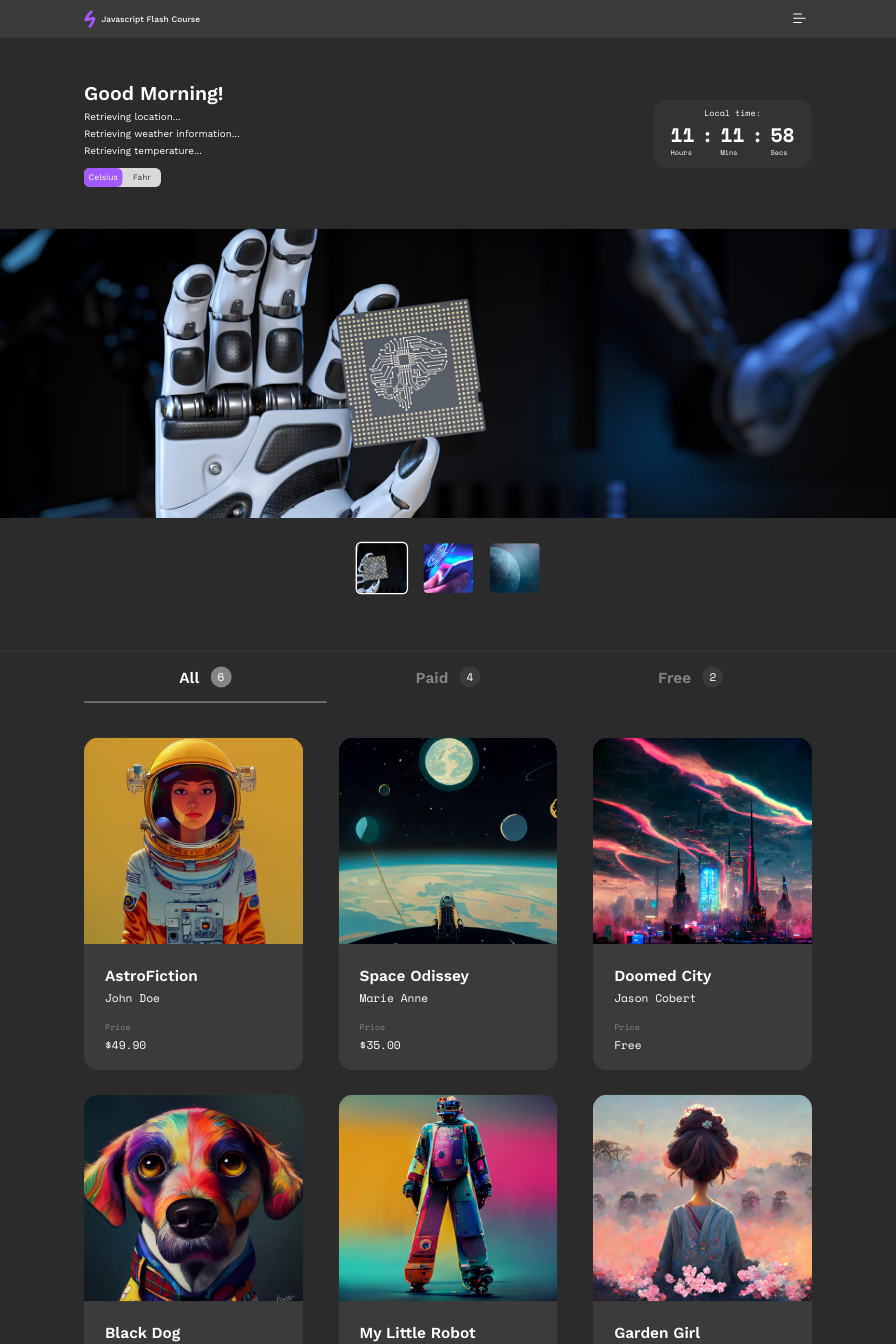
Repository: GettieSirma/JAVASCRIPT-TEST
Page: index.html
These files come from the project's save history. The page is drawn as it stood at one moment and after the next save; the edit follows.
The browser window is 1280 px wide. The pictures show the part of the page from y = 0 to 1920 px (the page is 2576 px tall before and 2521 px after), at 70% of full size.

Above is the page before, as saved 2024-04-25 11:45:59.

### index.html
<!DOCTYPE html>
<html lang="en">

<head>
    <meta charset="UTF-8" />
    <meta http-equiv="X-UA-Compatible" content="IE=edge" />
    <meta name="viewport" content="width=device-width, initial-scale=1.0" />
    <title>Javascript Flash Course</title>
    <link rel="stylesheet" href="./main.css" />
    <link rel="preconnect" href="https://fonts.googleapis.com" />
    <link rel="preconnect" href="https://fonts.gstatic.com" crossorigin />
    <link href="https://fonts.googleapis.com/css2?family=Space+Mono:ital,wght@0,400;0,700;1,400;1,700&family=Work+Sans:ital,wght@0,100;0,200;0,300;0,400;0,500;0,600;0,700;0,800;0,900;1,100;1,200;1,300;1,400;1,500;1,600;1,700;1,800;1,900&display=swap" rel="stylesheet"
    />
</head>

<body>
    <header>
        <nav class="container">
            <div class="nav-left-side">
                <svg width="17" height="26" viewBox="0 0 17 26" fill="none" xmlns="http://www.w3.org/2000/svg">
                    <path
                        d="M10.309 2.90741C10.309 2.90741 4.29997 8.73841 2.526 13.9214C2.40313 14.2804 2.73267 14.6124 3.10045 14.5192L13.2394 11.9481C13.9358 11.7715 14.5723 12.3638 14.368 13.0525C12.9552 17.8149 8.62911 23.5897 8.62911 23.5897"
                        stroke="#A259FF" stroke-width="4" stroke-linecap="round" stroke-linejoin="round" />
                </svg>

                <a href="/">Javascript Flash Course</a>
            </div>

            <button id="open-nav-menu">
                <svg
                    width="24"
                    height="24"
                    viewBox="0 0 24 24"
                    fill="none"
                    xmlns="http://www.w3.org/2000/svg"
                >
                    <path
                        fill-rule="evenodd"
                        clip-rule="evenodd"
                        d="M3 12C3 11.5858 3.33579 11.25 3.75 11.25H20.25C20.6642 11.25 21 11.5858 21 12C21 12.4142 20.6642 12.75 20.25 12.75H3.75C3.33579 12.75 3 12.4142 3 12Z"
                        fill="white"
                    />
                    <path
                        fill-rule="evenodd"
                        clip-rule="evenodd"
                        d="M3 6C3 5.58579 3.33579 5.25 3.75 5.25H15C15.4142 5.25 15.75 5.58579 15.75 6C15.75 6.41421 15.4142 6.75 15 6.75H3.75C3.33579 6.75 3 6.41421 3 6Z"
                        fill="white"
                    />
                    <path
                        fill-rule="evenodd"
                        clip-rule="evenodd"
                        d="M3 18C3 17.5858 3.33579 17.25 3.75 17.25H15C15.4142 17.25 15.75 17.5858 15.75 18C15.75 18.4142 15.4142 18.75 15 18.75H3.75C3.33579 18.75 3 18.4142 3 18Z"
                        fill="white"
                    />
                </svg>
            </button>

            <div class="wrapper">
                <ul>
                    <li>
                        <button id="close-nav-menu">
                            <svg
                                width="47"
                                height="47"
                                viewBox="0 0 47 47"
                                fill="none"
                                xmlns="http://www.w3.org/2000/svg"
                            >
                                <path
                                    d="M11.7505 11.7495L35.2505 35.2495"
                                    stroke="#A259FF"
                                    stroke-width="6"
                                />
                                <path
                                    d="M35.2502 11.7502L11.7502 35.2502"
                                    stroke="#A259FF"
                                    stroke-width="6"
                                />
                            </svg>
                        </button>
                    </li>
                    <li><a href="#home">Home</a></li>
                    <li><a href="#gallery">Gallery</a></li>
                    <li><a href="#products">Products</a></li>
                    <li><a href="#faqs">FAQs</a></li>
                    <li class="socials">
                        <p>Join our community</p>

                        <div>
                            <a href="#">
                                <img src="./assets/socials/DiscordLogo.png" alt="Discord logo" />
                            </a>
                            <a href="#">
                                <img src="./assets/socials/YoutubeLogo.png" alt="Youtube logo" />
                            </a>
                            <a href="#">
                                <img src="./assets/socials/TwitterLogo.png" alt="Twitter logo" />
                            </a>
                            <a href="#">
                                <img src="./assets/socials/InstagramLogo.png" alt="Instagram logo" />
                            </a>
                        </div>
                    </li>
                </ul>
            </div>
        </nav>
    </header>

    <main>
        <section id="home" class="container greeting-section">
            <div class="left-side">
                <h1 id="greeting">Good Afternoon!</h1>
                <p id="location">Retrieving location...</p>
                <p id="weather">Retrieving weather information...</p>
                <p id="temperature">Retrieving temperature...</p>
                <div class="weather-group">
                    <input type="radio" checked="true" id="celsius" name="temperature" />
                    <label for="celsius">Celsius</label>
                    <input type="radio" id="fahr" name="temperature" />
                    <label for="fahr">Fahr</label>
                </div>
            </div>

            <div class="right-side">
                <p>Local time:</p>
                <div class="local-time">
                    <div class="time-holder">
                        <span data-time="hours" class="time-number"></span>
                        <span class="time-letter">Hours</span>
                    </div>
                    <span class="time-divider">:</span>
                    <div class="time-holder">
                        <span data-time="minutes" class="time-number"></span>
                        <span class="time-letter">mins</span>
                    </div>
                    <span class="time-divider">:</span>
                    <div class="time-holder">
                        <span data-time="seconds" class="time-number"></span>
                        <span class="time-letter">secs</span>
                    </div>
                </div>
            </div>
        </section>

        <section id="gallery" class="gallery-section">
            <img src="assets/gallery/image1.jpg " alt="" />

            <div class="thumbnails">

            </div>
        </section>

        <section id="products" class="container products-section">
            <div class="products-filter">
                <input type="radio" checked="true" id="all" name="products" />
                <label for="all">
            All
            <span class="product-amount">3</span>
          </label>
                <input type="radio" id="paid" name="products" />
                <label for="paid">

            Paid
            <span class="product-amount">2</span>
          </label>
                <input type="radio" id="free" name="products" />
                <label for="free">
            Free
            <span class="product-amount">1</span>
          </label>

                <span class="glider"></span>
            </div>

            <div class="products-area">

            </div>

        </section>

        <section id="faqs" class="container faqs-section">
            <h3>Frequently Asked Questions</h3>

            <details open>
                <summary>FAQ 1</summary>

                <p>
                    Lorem ipsum dolor, sit amet consectetur adipisicing elit. Ratione adipisci illum error, hic expedita numquam impedit explicabo vitae iure quae vero autem quia quibusdam tempora atque harum perferendis praesentium dolor!
                </p>
            </details>

            <details>
                <summary>FAQ 2</summary>

                <p>
                    Consequuntur earum pariatur dolorem repellat temporibus ducimus sunt suscipit repudiandae cupiditate in accusantium recusandae tempora sint eligendi, perferendis aspernatur architecto voluptas laborum adipisci neque voluptates consequatur.
                </p>
            </details>

            <details>
                <summary>FAQ 3</summary>

                <p>
                    Consequuntur earum pariatur dolorem repellat temporibus ducimus sunt suscipit repudiandae cupiditate in accusantium recusandae tempora sint eligendi, perferendis aspernatur architecto voluptas laborum adipisci neque voluptates consequatur.
                </p>
            </details>
        </section>
    </main>

    <footer></footer>

    <script>
        const weatherAPIKey = "f76693de5c51ceb886c717bf7cb2d979";
        const weatherAPIURL = `https://api.openweathermap.org/data/2.5/weather?lat={lat}&lon={lon}&appid={API key}&units=metric`;

        const galleryImages = [{
                src: "./assets/gallery/image1.jpg",
                alt: "Thumbnail Image 1"
            }, {
                src: "./assets/gallery/image2.jpg",
                alt: "Thumbnail Image 2"
            },

            {
                src: "./assets/gallery/image3.jpg",
                alt: "Thumbnail Image 3"
            }
        ];

        const products = [{
            title: "AstroFiction",
            author: "John Doe",
            price: 49.9,
            image: "./assets/products/img6.png"
        }, {
            title: "Space Odissey",
            author: "Marie Anne",
            price: 35,
            image: "./assets/products/img1.png"
        }, {
            title: "Doomed City",
            author: "Jason Cobert",
            price: 0,
            image: "./assets/products/img2.png"
        }, {
            title: "Black Dog",
            author: "John Doe",
            price: 85.35,
            image: "./assets/products/img3.png"
        }, {
            title: "My Little Robot",
            author: "Pedro Paulo",
            price: 0,
            image: "./assets/products/img5.png"
        }, {
            title: "Garden Girl",
            author: "Ankit Patel",
            price: 45,
            image: "./assets/products/img4.png"
        }];

        // Menu Section

        function menuHandler() {
            document.querySelector("#open-nav-menu").addEventListener("click", function() {
                document.querySelector("header nav .wrapper").classList.add("nav-open");
            });

            document.querySelector("#close-nav-menu").addEventListener("click", function() {
                document.querySelector("header nav .wrapper").classList.remove("nav-open");
            });
        }

        // Temperature Conversion

        function celsiusToFahr(temperature) {
            let fahr = (temperature * 9 / 5) + 32;
            return fahr;
        }

        // Greeting Section

        function greetingHandler() {
            let currentHour = new Date().getHours();
            let greetingText;

            if (currentHour < 12) {
                greetingText = "Good morning!";
            } else if (currentHour < 19) {
                greetingText = "Good afternoon!";
            } else if (currentHour < 24) {
                greetingText = "Good evening!";
            } else {
                greetingText = "Welcome!";
            }

            document.querySelector("#greeting").innerHTML = greetingText;


        }

        // Weather Text

        function weatherHandler() {
            navigator.geolocation.getCurrentPosition(position => {
                let latitude = position.coords.latitude;
                let longitude = position.coords.longitude;
                let url = weatherAPIURL
                    .replace("{lat}", latitude)
                    .replace("{lon}", longitude)
                    .replace("{API key}", weatherAPIKey);
                fetch(url)
                    .then(response => response.json())
                    .then(data => {
                        const condition = data.weather[0].description;
                        const location = data.name;
                        const temperature = data.main.temp;

                        let celsiusText = `The weather is ${condition} in ${location} and it's ${temperature.toFixed(1)}°C outside.`;
                        let fahrText = `The weather is ${condition} in ${location} and it's ${celsiusToFahr(temperature).toFixed(1)}°F outside.`;

                        document.querySelector("p#weather").innerHTML = celsiusText;

                        // Temperature Switch

                        document.querySelector(".weather-group").addEventListener("click", function(e) {

                            if (e.target.id == "celsius") {
                                document.querySelector("p#weather").innerHTML = celsiusText;
                            } else if (e.target.id == "fahr") {
                                document.querySelector("p#weather").innerHTML = fahrText;
                            }

                        });

                    }).catch((err => {
                        document.querySelector("p#weather").innerHTML = "Unable to get the weather info. Try again later.";
                    }));

            });
        }

        // Local Time Section
        function clockHandler() {
            setInterval(function() {
                let localTime = new Date();
                document.querySelector("span[data-time=hours]").textContent = localTime.getHours().toString().padStart(2, "0");
                document.querySelector("span[data-time=minutes]").textContent = localTime.getMinutes().toString().padStart(2, "0");
                document.querySelector("span[data-time=seconds]").textContent = localTime.getSeconds().toString().padStart(2, "0");
            }, 1000);
        }
        // Gallery Section

        function galleryHandler() {
            let mainImage = document.querySelector("#gallery > img");
            let thumbnails = document.querySelector("#gallery .thumbnails");

            mainImage.src = galleryImages[0].src;
            mainImage.alt = galleryImages[0].alt;

            galleryImages.forEach(function(image, index) {
                let thumb = document.createElement("img");
                thumb.src = image.src;
                thumb.alt = image.alt;
                thumb.dataset.arrayIndex = index;
                thumb.dataset.selected = index === 0 ? true : false;

                thumb.addEventListener("click", function(e) {
                    let selectedIndex = e.target.dataset.arrayIndex;
                    let selectedImage = galleryImages[selectedIndex];
                    mainImage.src = selectedImage.src;
                    mainImage.alt = selectedImage.alt;
                    thumbnails.querySelectorAll("img").forEach(function(img) {
                        img.dataset.selected = false;
                    });
                    e.target.dataset.selected = true;

                });

                thumbnails.appendChild(thumb);
            });
        }

        // Products Section

        function populateProducts(productList) {

            let productsSection = document.querySelector(".products-area");
            productsSection.textContent = "";

            // Run a loop through the products and create an HTML element ("product-item") for each of them
            productList.forEach(function(product, index) {

                // Create the HTML element for the individual product
                let productElm = document.createElement("div");
                productElm.classList.add("product-item");

                // Create the product image
                let productImage = document.createElement("img");
                productImage.src = product.image;
                productImage.alt = "Image for " + product.title;

                // Create the product details section
                let productDetails = document.createElement("div");
                productDetails.classList.add("product-details");

                // Create product title, author, price-title and price
                let productTitle = document.createElement("h3");
                productTitle.classList.add("product-title");
                productTitle.textContent = product.title;
                let productAuthor = document.createElement("p");
                productAuthor.classList.add("product-author");
                productAuthor.textContent = product.author;
                let priceTitle = document.createElement("p");
                priceTitle.classList.add("price-title");
                priceTitle.textContent = "Price";
                let productPrice = document.createElement("p");
                productPrice.classList.add("product-price");
                productPrice.textContent = product.price > 0 ? "$" + product.price.toFixed(2) : "Free";

                // Append the product details
                productDetails.append(productTitle);
                productDetails.append(productAuthor);
                productDetails.append(priceTitle);
                productDetails.append(productPrice);

                // Add all child HTML elements of the product
                productElm.append(productImage);
                productElm.append(productDetails);

                // Add complete individul product to the product section
                productsSection.append(productElm);

            });
        }

        function productsHandler() {

            let freeProducts = products.filter(item => !item.price || item.price <= 0);

            let paidProducts = products.filter(item => item.price > 0);

            populateProducts(products);

            document.querySelector(".products-filter label[for=all] span.product-amount").textContent = products.length;
            document.querySelector(".products-filter label[for=paid] span.product-amount").textContent = paidProducts.length;
            document.querySelector(".products-filter label[for=free] span.product-amount").textContent = freeProducts.length;

            let productsFilter = document.querySelector(".products-filter");

            productsFilter.addEventListener("click", function(e) {
                if (e.target.id === "all") {
                    populateProducts(products);
                } else if (e.target.id === "paid") {
                    populateProducts(paidProducts);
                } else if (e.target.id === "free") {
                    populateProducts(freeProducts);
                }
            });
        }

        function footerHandler() {
            let currentYear = new Date().getFullYear();
            document.querySelector("footer").textContent = `Ⓒ ${currentYear} - All rights reserved`;
        }




        // Page Load

        menuHandler();
        greetingHandler();
        weatherHandler();
        clockHandler();
        galleryHandler();
        productsHandler();
        footerHandler();
    </script>

</body>

</html>

Loaded but not shown: main.css (490 lines, source omitted)

After the next save:
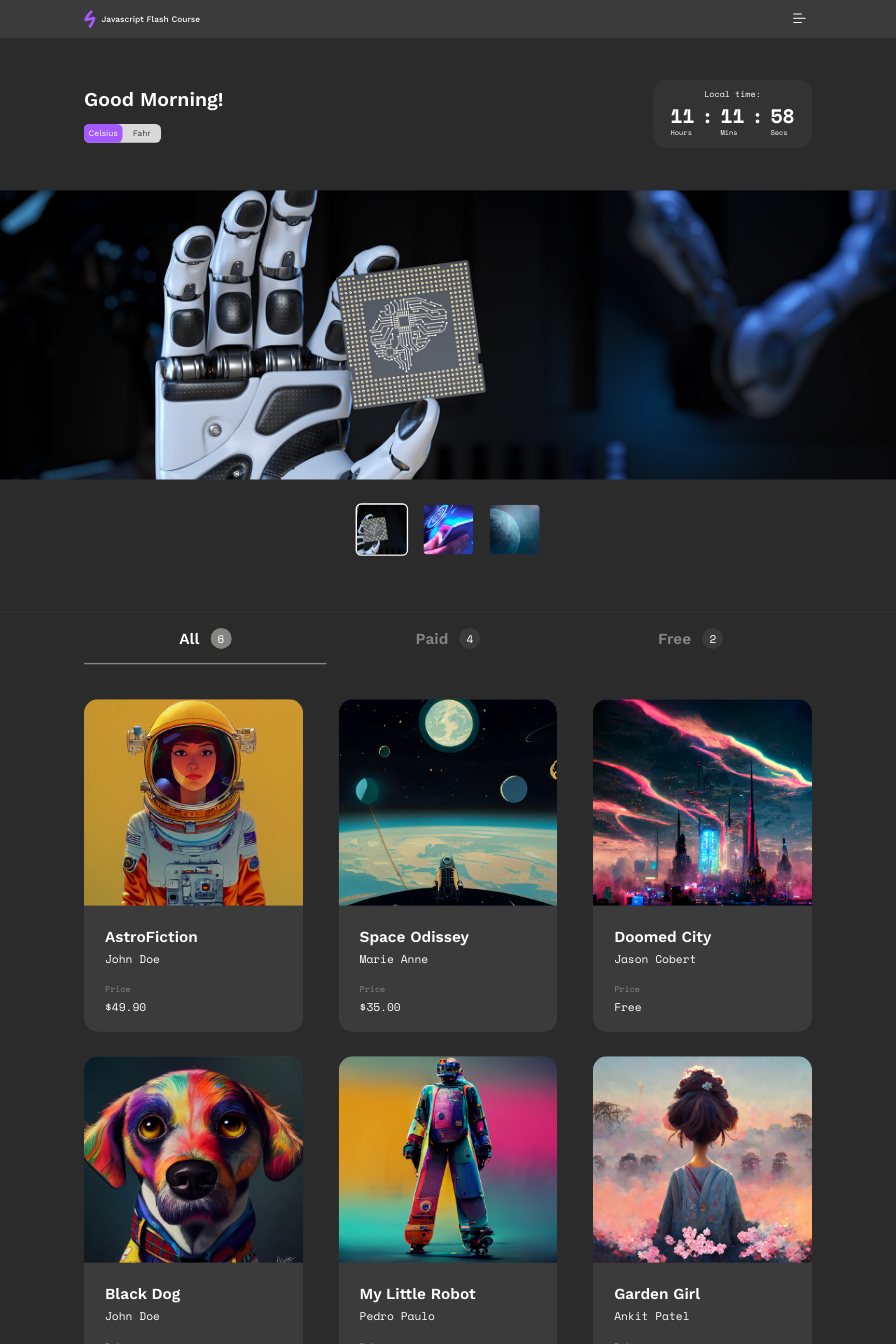
Saved 61 s later.
--- a/index.html
+++ b/index.html
@@ -110,9 +110,7 @@
         <section id="home" class="container greeting-section">
             <div class="left-side">
                 <h1 id="greeting">Good Afternoon!</h1>
-                <p id="location">Retrieving location...</p>
-                <p id="weather">Retrieving weather information...</p>
-                <p id="temperature">Retrieving temperature...</p>
+
                 <div class="weather-group">
                     <input type="radio" checked="true" id="celsius" name="temperature" />
                     <label for="celsius">Celsius</label>
